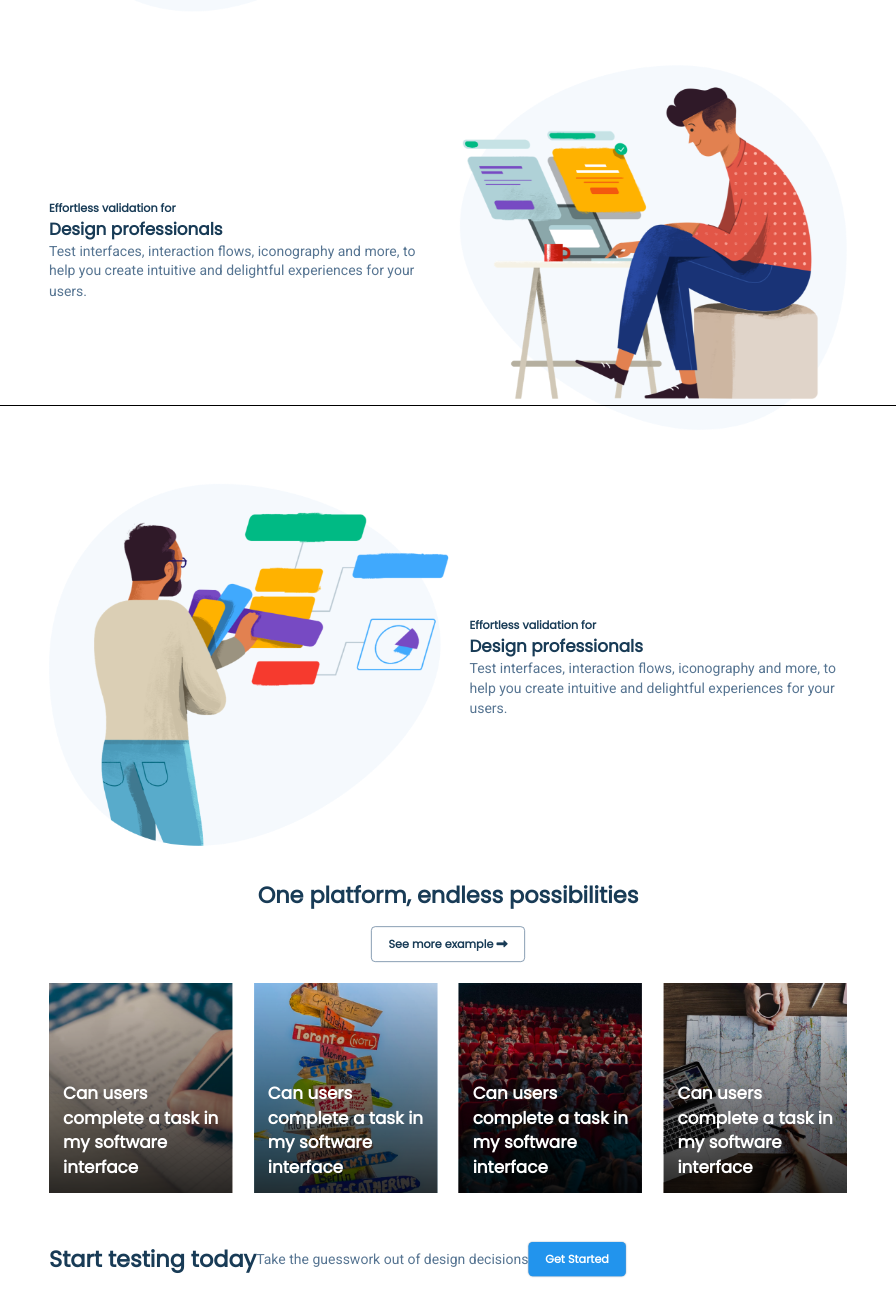
Repository: ramlakhan1/clone1
Page: index.html
The author's editor kept a copy of each file at every save. The page is drawn from the files as they stood at one save, then again after a run of saves.
The browser window is 1280 px wide. The pictures show the part of the page from y = 2326 to 4246 px (the page is 4169 px tall before and 4246 px after), at 70% of full size.
Some web libraries are served in a nearby version.

Above is the page before, as saved 2022-11-29 21:48:11.

After the next 2 saves:
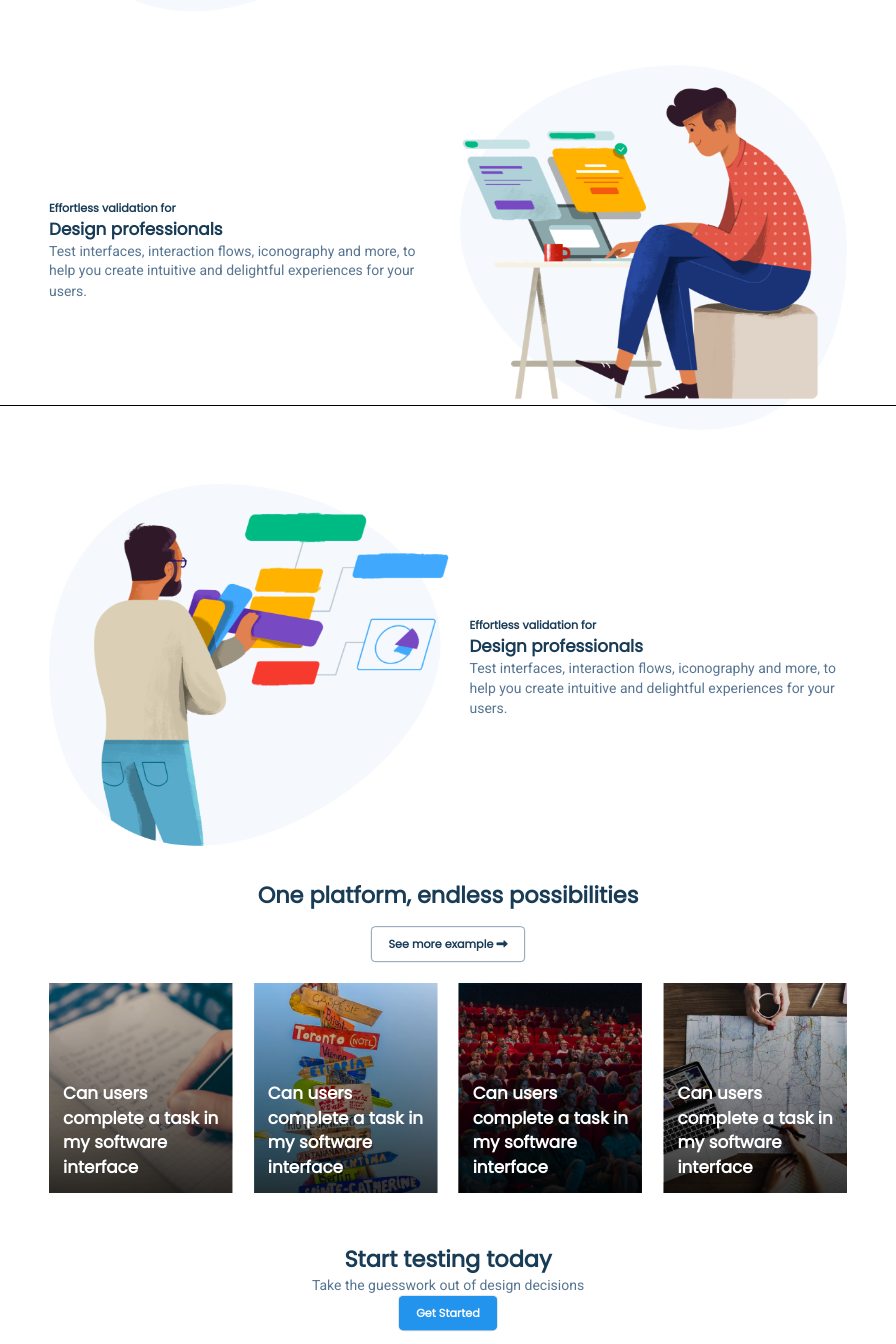
The 2 saves are shown as one change because they came seconds apart.
The last was saved 6 s later.
--- a/style.css
+++ b/style.css
@@ -216,5 +216,5 @@
 }
 
 .cta-section-container {
-
-}
+    flex-direction: column;
+}
